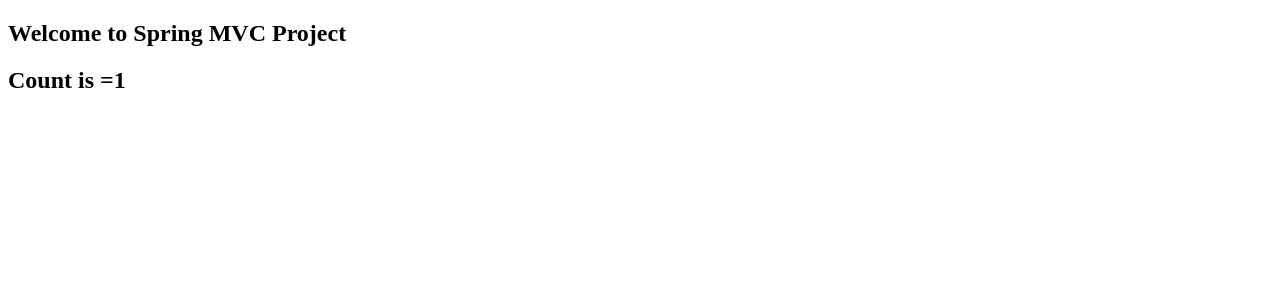
Repository: PragatiShinde16/SpringMVCDemo
Page: http://localhost/SpringMVCProject/views/login.jsp
The author's editor kept a copy of each file at every save. The page is drawn from the files as they stood at one save, then again after the next save.
The browser window is 1280 px wide. The pictures show the whole page.
The page is served by Tomcat 9. Other server files are loaded and not shown.

Above is the page before, as saved 2024-08-26 09:24:36.

### SpringMVCProject/src/main/webapp/views/login.jsp
<%@ page language="java" contentType="text/html; charset=ISO-8859-1"
    pageEncoding="ISO-8859-1"%>
<!DOCTYPE html>
<html>
<head>
<meta charset="ISO-8859-1">
<title>Insert title here</title>
</head>
<body>
	<h2>Welcome to Spring MVC Project</h2>

	<%!
		int cnt = 0;
	%>
	<%
		cnt++;
	%>

	<h2>Count is =<%=
		cnt
	%></h2>
</body>
</html>

After the next save:
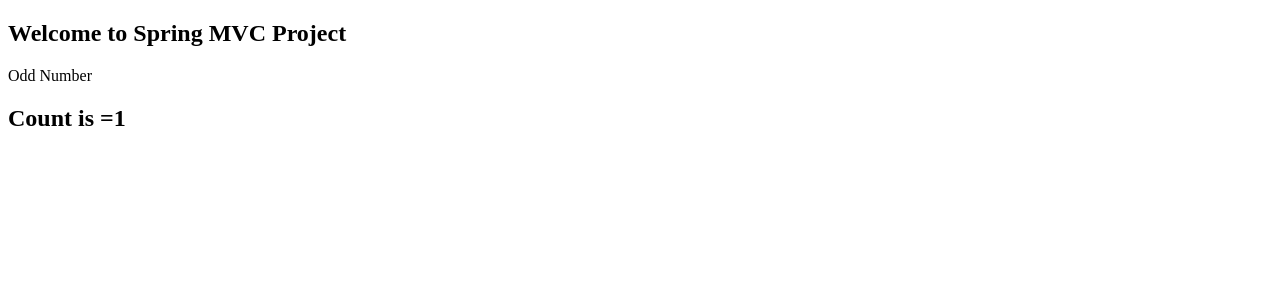
Saved 5 min 30 s later.
--- a/SpringMVCProject/src/main/webapp/views/login.jsp
+++ b/SpringMVCProject/src/main/webapp/views/login.jsp
@@ -14,6 +14,11 @@
 	%>
 	<%
 		cnt++;
+		if(cnt % 2 == 0){
+			out.println("Even Number");
+		}else{
+			out.println("Odd Number");
+		}
 	%>
 
 	<h2>Count is =<%=
